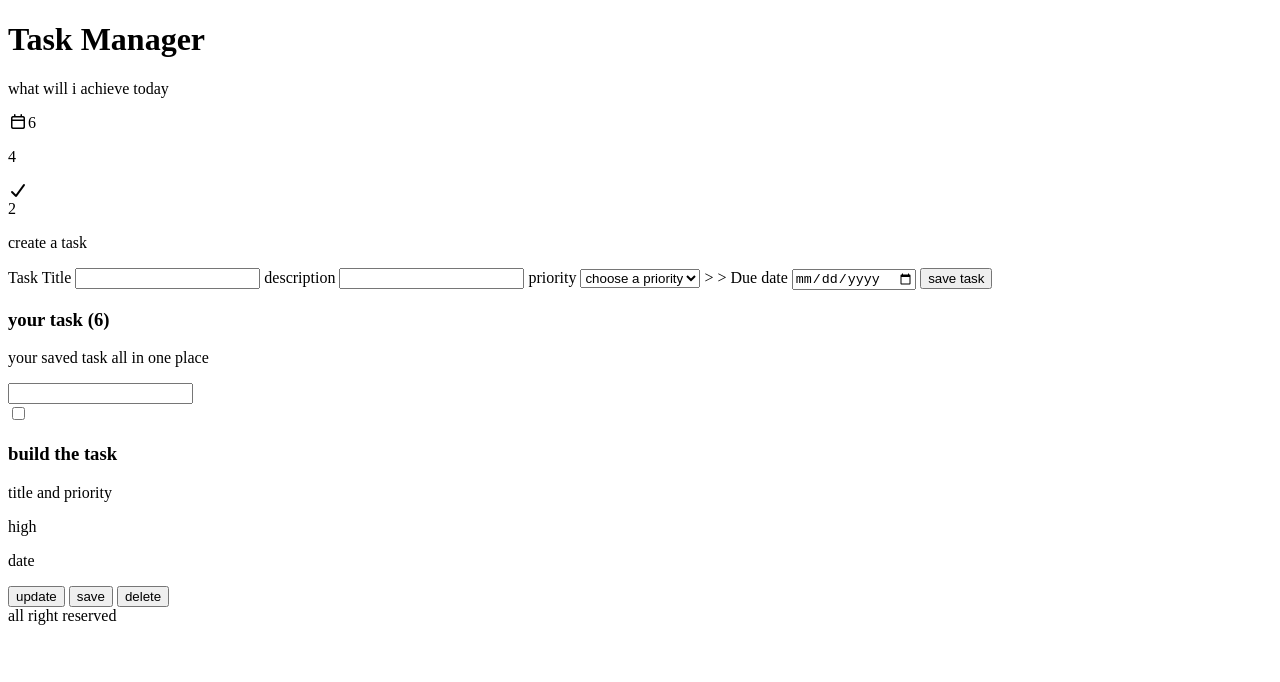
Repository: XDENTERTAINMENT/task-manager-groupwork
Page: index.html
The author's editor kept a copy of each file at every save. The page is drawn from the files as they stood at one save, then again after the next save.
The browser window is 1280 px wide. The pictures show the whole page.

Above is the page before, as saved 2026-10-23 21:29:21.

### index.html
<!DOCTYPE html>
<html lang="en">
<head>
    <meta charset="UTF-8">
    <meta name="viewport" content="width=device-width, initial-scale=1.0">
    <title>Personal-Task-Manager</title>
    <link rel="stylesheet" href="https://cdnjs.cloudflare.com/ajax/libs/font-awesome/7.3.1/css/all.min.css" integrity="sha512-QeR2VH+lsBE5LSAe1Q5EnTBbe7XTBubt8dG93Y7gidSgdMCr8nVqKcfKAMyN96SV8KDbZVTDXChatu5G2KQGzg==" crossorigin="anonymous" referrerpolicy="no-referrer">
</head>
<body>

   <header>
    <h1>Task Manager</h1>
    <p>what will i achieve today</p>
   </header>
    <!-- the main -->
   <main>
    <section class="section1">
        <div>
        <p id="total-task"> <i class="fa-regular fa-calendar"></i>6</p>
        </div>

        <div>
        <p id="pending-task"> <div></div>4</p>
        </div>

        <div>
        <p  id="completed-task"> <div><i class="fa-solid fa-check"></i></div>2</p>
        </div>
    </section>



    <!-- section 2 -->
    <section  class="section2">

        <!-- the create task section -->
      <div class="create-task">
          <div> <p>create a task</p></div>
       <form action="submit">

           <label for="title">
             Task Title
            <input type="text"  id="title-input">
           </label>


           <label for="description">
                   description
            <input type="text"  id="description-input">
           </label>

           <label for="priority">

            priority
             <select name="" id="">
                <option value="">choose a priority</option>
                <option value=""> High</option>
                <option value=""> Medium</option>
                <option value="">  low</option>
             </select>  >
            >
           </label>

           <label for="date">
            Due date
            <input type="date">
           </label>

     <button class="form-button"> save task</button>
       </form>
    <div>




      <!-- task mapping -->

        <div class="task-mapping">
              <h3> your task (6)</h3>
        <p> your saved task all in one place</p>
        <input type="search">


        <!-- the card -->
         <div class="card">
            <input type="checkbox">
            <div>

                <h3> build the task</h3>
                <p>title and priority</p>
                <p id="priority"> high</p></div>
                <p> date</p>


         </div>
<!-- the inline editing -->
         <div>
            <button>update</button>
            <button  class="save"> save</button>
            <button class="delete"> delete</button>

         </div>

        </div>



</div>

    </section>
   </main>

   <!-- the footer -->
   <footer>
    all right reserved
   </footer>
</body>
</html>

After the next save:
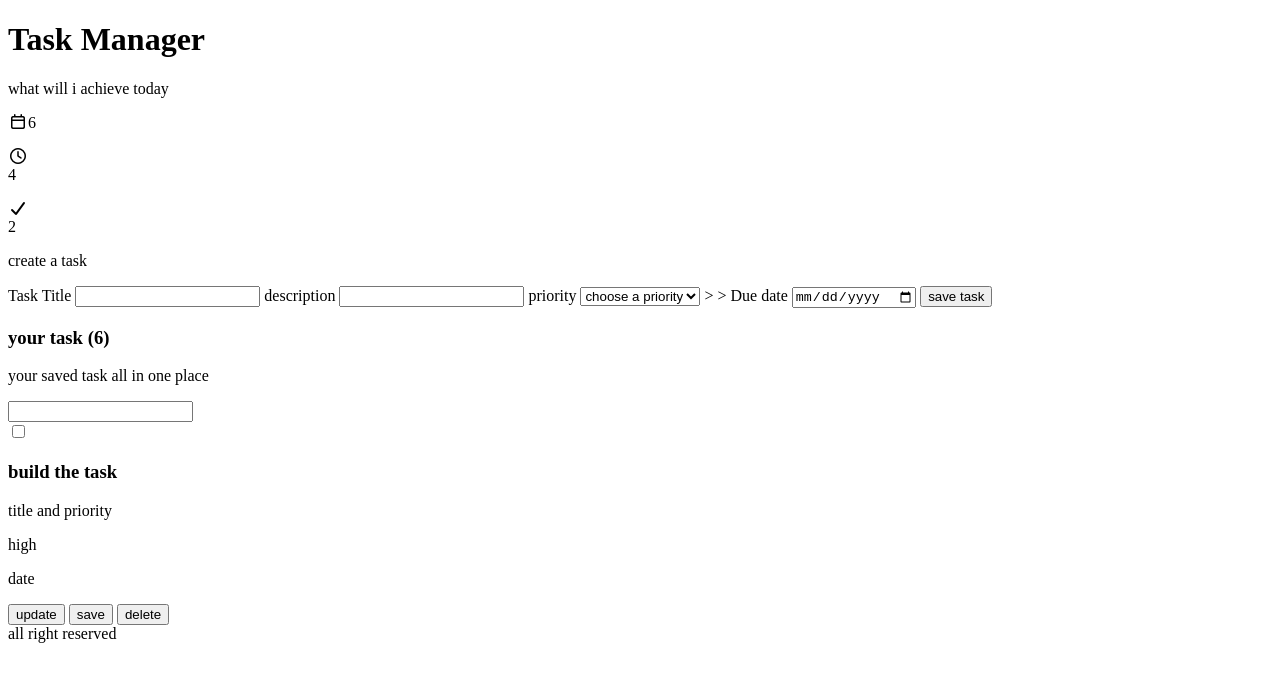
Saved 21 s later.
--- a/index.html
+++ b/index.html
@@ -20,7 +20,7 @@
         </div>
 
         <div>
-        <p id="pending-task"> <div></div>4</p>
+        <p id="pending-task"> <div> <i class="fa-regular fa-clock"></i></div>4</p>
         </div>
 
         <div>
